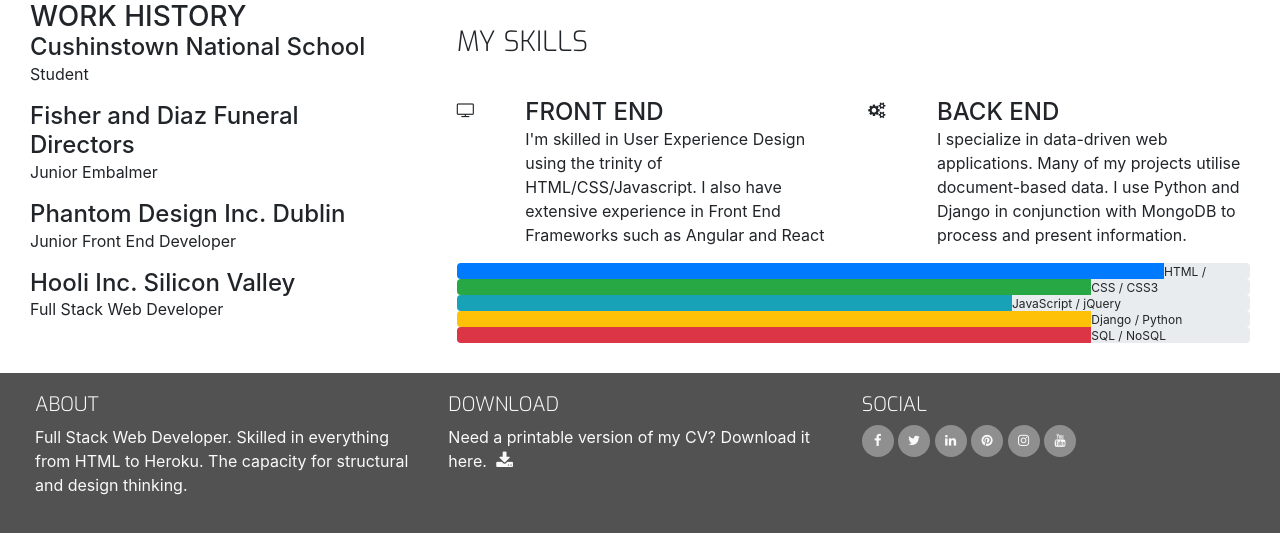
Repository: mark-joyce/portfolio
Page: resume.html
The author's editor kept a record of every edit. The page is drawn from the files as they stood at one moment, then again after the next edit.
The browser window is 1280 px wide. The pictures show the part of the page from y = 369 to 902 px (the page is 902 px tall).
Some web libraries are served in a nearby version.

Above is the page before.

### resume.html
<!DOCTYPE html>
<html lang="en">
<head>
    <meta charset="UTF-8">
    <meta name="viewport" content="width=device-width, initial-scale=1.0">
    <meta http-equiv="X-UA-Compatible" content="ie=edge">
    <link rel="stylesheet" href="https://maxcdn.bootstrapcdn.com/bootstrap/4.2.1/css/bootstrap.min.css" type="text/css" />
    <link rel="stylesheet" href="https://maxcdn.bootstrapcdn.com/font-awesome/4.7.0/css/font-awesome.min.css" type="text/css" />
    <link rel="stylesheet" href="https://cdnjs.cloudflare.com/ajax/libs/hover.css/2.1.1/css/hover-min.css" type="text/css" />
    <link rel="stylesheet" href="assets/css/style.css">
    <title>Mark Joyce</title>
</head>
<body>
    <header>
        <div class="row no-gutters">
            <a class="col-md-4 logo" href="02-index.html"></a>
            <div class="col-md-8">
                <div class="row no-gutters bg-color-name-title">
                    <div class="col heading">
                        <h1 class="name">Mark Joyce</h1>
                        <h2 class="title"> Full Stack Developer</h2>
                    </div>
                </div>
                <div class="row no-gutters">
                    <div class="col">
                        <ul id="nav" class="list-inline menucontainer">
                            <li class="col-6 col-sm-3 list-inline-item ui-menu-color-home menuitem">
                                <a href="index.html" class="hvr-sweep-to-bottom"><i class="fa fa-home" aria-hidden="true"></i><span>Home</span></a>
                            </li>
                            <li class="col-6 col-sm-3 list-inline-item ui-menu-color-resume menuitem">
                                <a href="resume.html" class="hvr-sweep-to-bottom"><i class="fa fa-graduation-cap" aria-hidden="true"></i><span>Resume</span></a>
                            </li>
                            <li class="col-6 col-sm-3 list-inline-item ui-menu-color-contact menuitem">
                                <a href="contact.html" class="hvr-sweep-to-bottom"><i class="fa fa-comment-o" aria-hidden="true"></i><span>Contact</span></a>
                            </li>
                            <li class="col-6 col-sm-3 list-inline-item ui-menu-color-download menuitem">
                                <a href="assets/cv/sample-cv.pdf" target="_blank" class="hvr-sweep-to-bottom"><i class="fa fa-download" aria-hidden="true"></i><span>Download CV</span></a>
                            </li>
                        </ul>
                    </div>
                </div>
            </div>
        </div>
    </header>
    <section class="container-fluid">
        <div class="row">
            <div class="col-md-4 bg-color-work-history section-column">
                <div class="row">
                    <div class="col-12">
                        <h3 class="history-heading uppercase">
                            Work History
                        </h3>
                    </div>
                </div>
                <div class="history-items">
                    <div class="timeline-item" data-dates="08/2005 - 06/2013">
                        <h4>Cushinstown National School</h4>
                        <p>Student</p>
                    </div>
                    <div class="timeline-item" data-dates="04/2004 - 06/2008">
                        <h4>Fisher and Diaz Funeral Directors</h4>
                        <p>Junior Embalmer</p>
                    </div>
                    <div class="timeline-item" data-dates="06/2008 - 06/2011">
                        <h4>Phantom Design Inc. Dublin</h4>
                        <p>Junior Front End Developer</p>
                    </div>
                    <div class="timeline-item" data-dates="06/2011 - Present">
                        <h4>Hooli Inc. Silicon Valley</h4>
                        <p>Full Stack Web Developer</p>
                    </div>
                </div>
            </div>
            <div class="col-md-8 bg-color-three-reasons section-column">
                <div class="row">
                    <div class="col">
                        <h3 class="section-heading uppercase">My Skills</h3>
                    </div>
                </div>
                <div class="row">
                    <div class="col-10 offset-1 offset-sm-0 col-sm-4 col-md-6">
                        <div class="row">
                            <div class="col-2">
                                <i class="three-reasons-icon fa fa-tv" aria-hidden="true"></i>
                            </div>
                            <div class="col-10">
                                <h4 class="three-reasons-heading uppercase">Front End</h4>
                                <p>
                                    I'm skilled in User Experience Design using the trinity of HTML/CSS/Javascript. I also have extensive experience in Front End Frameworks such as Angular and React
                                </p>
                            </div>
                        </div>
                    </div>
                    <div class="col-10 offset-1 offset-sm-0 col-sm-4 col-md-6">
                        <div class="row">
                            <div class="col-2">
                                <i class="three-reasons-icon fa fa-gears" aria-hidden="true"></i>
                            </div>
                            <div class="col-10">
                                <h4 class="three-reasons-heading uppercase">Back End</h4>
                                <p>
                                    I specialize in data-driven web applications. Many of my projects utilise document-based data. I use Python and Django in conjunction with MongoDB to process and present information.
                                </p>
                            </div>
                        </div>
                    </div>
                </div>
                <div class="row progress-section">
                    <div class="col">
                        <div class="progress">
                            <div class="progress-bar" role="progressbar" aria-valuenow="90" aria-valuemin="0" aria-valuemax="100" style="width:90%;">
                                <span class="sr-only">90% complete</span>
                            </div>
                            <span class="progress-type">HTML / HTML5</span>
                        </div>
                        <div class="progress">
                            <div class="progress-bar bg-success" role="progressbar" aria-valuenow="80" aria-valuemin="0" aria-valuemax="100" style="width:80%;">
                                <span class="sr-only">80% complete</span>
                            </div>
                            <span class="progress-type">CSS / CSS3</span>
                        </div>
                        <div class="progress">
                            <div class="progress-bar bg-info" role="progressbar" aria-valuenow="70" aria-valuemin="0" aria-valuemax="100" style="width:70%;">
                                <span class="sr-only">70% complete</span>
                            </div>
                            <span class="progress-type">JavaScript / jQuery</span>
                        </div>
                        <div class="progress">
                            <div class="progress-bar bg-warning" role="progressbar" aria-valuenow="80" aria-valuemin="0" aria-valuemax="100" style="width:80%;">
                                <span class="sr-only">80% complete</span>
                            </div>
                            <span class="progress-type">Django / Python</span>
                        </div>
                        <div class="progress">
                            <div class="progress-bar bg-danger" role="progressbar" aria-valuenow="80" aria-valuemin="0" aria-valuemax="100" style="width:80%;">
                                <span class="sr-only">80% complete</span>
                            </div>
                            <span class="progress-type">SQL / NoSQL</span>
                        </div>
                    </div>
                </div>
            </div>
        </div>

    </section>
    <footer class="container-fluid">
        <div id="footer-details" class="row">
            <div class="col-sm-4">
                <h5 class="uppercase general-sub">About</h5>
                <p class="inline-block">
                    Full Stack Web Developer. Skilled in everything from HTML to Heroku. The capacity for structural and design thinking.
                </p>
            </div>
            <div class="col-sm-4">
                <h5 class="uppercase general-sub">Download</h5>
                <p class="inline-block">
                    Need a printable version of my CV? Download it here.
                    <a href="assets/cv/sample-cv.pdf" target="_blank" class="cv-pdf">
                        <i class="fa fa-download" aria-hidden="true"></i>
                        <span class="sr-only">Download link.</span>
                    </a>
                </p>
            </div>
            <div class="col-sm-4">
                <h5 class="uppercase general-sub">Social</h5>
                <ul class="list-inline social-links">
                    <li class="list-inline-item">
                        <a target="_blank" href="#">
                            <i class="fa fa-facebook" aria-hidden="true"></i>
                            <span class="sr-only">Facebook</span>
                        </a>
                    </li>
                    <li class="list-inline-item">
                        <a target="_blank" href="#">
                            <i class="fa fa-twitter" aria-hidden="true"></i>
                            <span class="sr-only">Twitter</span>
                        </a>
                    </li>
                    <li class="list-inline-item">
                        <a target="_blank" href="#">
                            <i class="fa fa-linkedin" aria-hidden="true"></i>
                            <span class="sr-only">LinkedIn</span>
                        </a>
                    </li>
                    <li class="list-inline-item">
                        <a target="_blank" href="#">
                            <i class="fa fa-pinterest" aria-hidden="true"></i>
                            <span class="sr-only">Pinterest</span>
                        </a>
                    </li>
                    <li class="list-inline-item">
                        <a target="_blank" href="#">
                            <i class="fa fa-instagram" aria-hidden="true"></i>
                            <span class="sr-only">Instagram</span>
                        </a>
                    </li>
                    <li class="list-inline-item">
                        <a target="_blank" href="#">
                            <i class="fa fa-youtube" aria-hidden="true"></i>
                            <span class="sr-only">YouTube</span>
                        </a>
                    </li>
                </ul>
            </div>
        </div>
    </footer>
</body>
</html>

### assets/css/style.css
@import url('https://fonts.googleapis.com/css?family=Roboto:100,200,300,400,500,600,700|Exo:100,200,300,400,500,600,700');

/*--------------------------------------------Colors*/

.bg-color-name-title {
    background-color: #676767;
}

.bg-color-three-reasons {
    background-color: #fff;
}

.ui-menu-color-home {
    background-color: #e67e22;
}

.ui-menu-color-resume {
    background-color: #9b59b6;
}

.ui-menu-color-contact {
    background-color: #3498db;
}

.ui-menu-color-download {
    background-color: #525252;
}

/* ----------------------------------------Special paddings/margins/text */

h1,
h2,
h3,
h4 {
    margin: 0;
}

.uppercase {
    text-transform: uppercase;
}

.general-sub {
    font-family: "Exo", sans-serif;
    font-weight: 300;
    color: #fafafa;
}

.inline-block {
    display: inline-block;
}

.row-table {
    display: table;
}

.section-column {
    display: table-cell;
    padding: 0 30px 30px;
    float: none;
}

.section-heading {
    font-family: "Exo", sans-serif;
    font-weight: 300;
    margin-top: 25px;
    margin-bottom: 40px;
}

/*--------------------------------------------Heading*/

header {
    margin: 0;
}

.heading {
    margin-left: 50px;
}

.logo {
    background: url("https://github.com/Code-Institute-Solutions/resume-miniproject-bootstrap4/blob/master/09-adding-footer-content/assets/images/rosie.jpg?raw=true");
    background-position: center;
    background-repeat: no-repeat;
    background-size: cover;
    min-height: 360px;
    transition: all .5s ease-in-out;
    -moz-transition: all .5s ease-in-out;
    -webkit-transition: all .5s ease-in-out;
}

.name {
    font-family: "Exo", sans-serif;
    font-weight: 100;
    font-size: 46px;
    margin-top: 50px;
    color: #fff;
}

.title {
    font-family: "Roboto", sans-serif;
    font-weight: 200;
    font-size: 28px;
    margin-top: 20px;
    margin-bottom: 90px;
    color: #fff;
}

.list-inline-item:not(:last-child) {
    margin: 0;
}

.menucontainer {
    font-size: 0;
}

#nav li {
    font-size: 14px;
    padding: 0;
}

#nav {
    margin: 0;
}

.menuitem {
    height: 120px;
    text-align: center;
    padding: 0;
}

.menuitem a {
    width: 100%;
    text-decoration: none;
    color: #fff;
    height: 120px;
}

.menuitem a i {
    padding-top: 22px;
    display: block;
    color: #fafafa;
    font-size: 26px;
}

.menuitem span {
    display: block;
    width: 100%;
    padding-top: 5px;
    text-align: center;
    text-transform: uppercase;
    font-size: 14px;
    font-weight: 300;
    letter-spacing: 2px;
}

/*--------------------------------------------Hover.css*/

.hvr-sweep-to-bottom:before {
    background: rgba(0, 0, 0, 0.2);
    height: 120px;
}

/* ----------------------------------------Footer */

footer {
    background-color: #525252;
    color: #fafafa;
    min-height: 120px;
    margin: 0;
}

.cv-pdf i {
    font-size: 18px;
    color: #fafafa;
    text-align: center;
    padding-left: 5px;
    transition: all 0.35s ease-in-out;
    -moz-transition: all 0.35s ease-in-out;
    -webkit-transition: all 0.35s ease-in-out;
    -o-transition: all 0.35s ease-in-out;
}

.cv-pdf i:hover {
    color: #e84610;
}

.social-links {
    padding-bottom: 15px;
}

.social-links li a i {
    width: 32px;
    height: 32px;
    padding: 12px 0;
    border-radius: 50%;
    font-size: 13px;
    line-height: 7px;
    text-align: center;
    color: #fafafa;
    background: #8f8f8f;
    transition: all 0.35s ease-in-out;
    -moz-transition: all 0.35s ease-in-out;
    -webkit-transition: all 0.35s ease-in-out;
    -o-transition: all 0.35s ease-in-out;
}

.social-links li a i:hover {
    background: #e84610;
}

#footer-details {
    padding: 20px;
}

After the next edit:
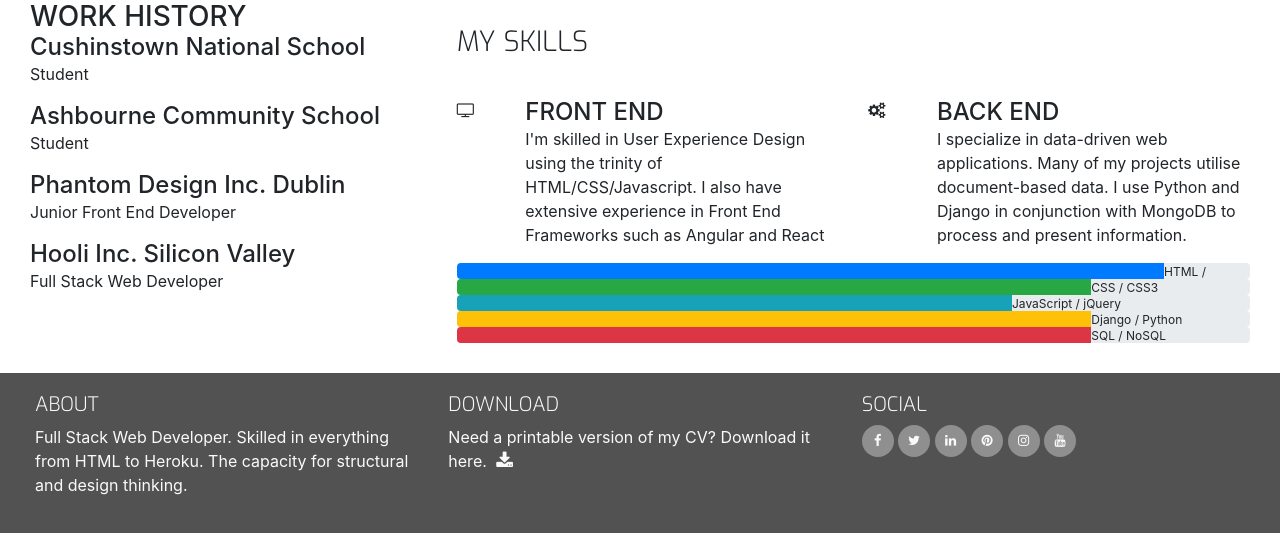
The edit:
--- a/resume.html
+++ b/resume.html
@@ -57,9 +57,9 @@
                         <h4>Cushinstown National School</h4>
                         <p>Student</p>
                     </div>
-                    <div class="timeline-item" data-dates="04/2004 - 06/2008">
-                        <h4>Fisher and Diaz Funeral Directors</h4>
-                        <p>Junior Embalmer</p>
+                    <div class="timeline-item" data-dates="08/2013 - 06/2019">
+                        <h4>Ashbourne Community School</h4>
+                        <p>Student</p>
                     </div>
                     <div class="timeline-item" data-dates="06/2008 - 06/2011">
                         <h4>Phantom Design Inc. Dublin</h4>
